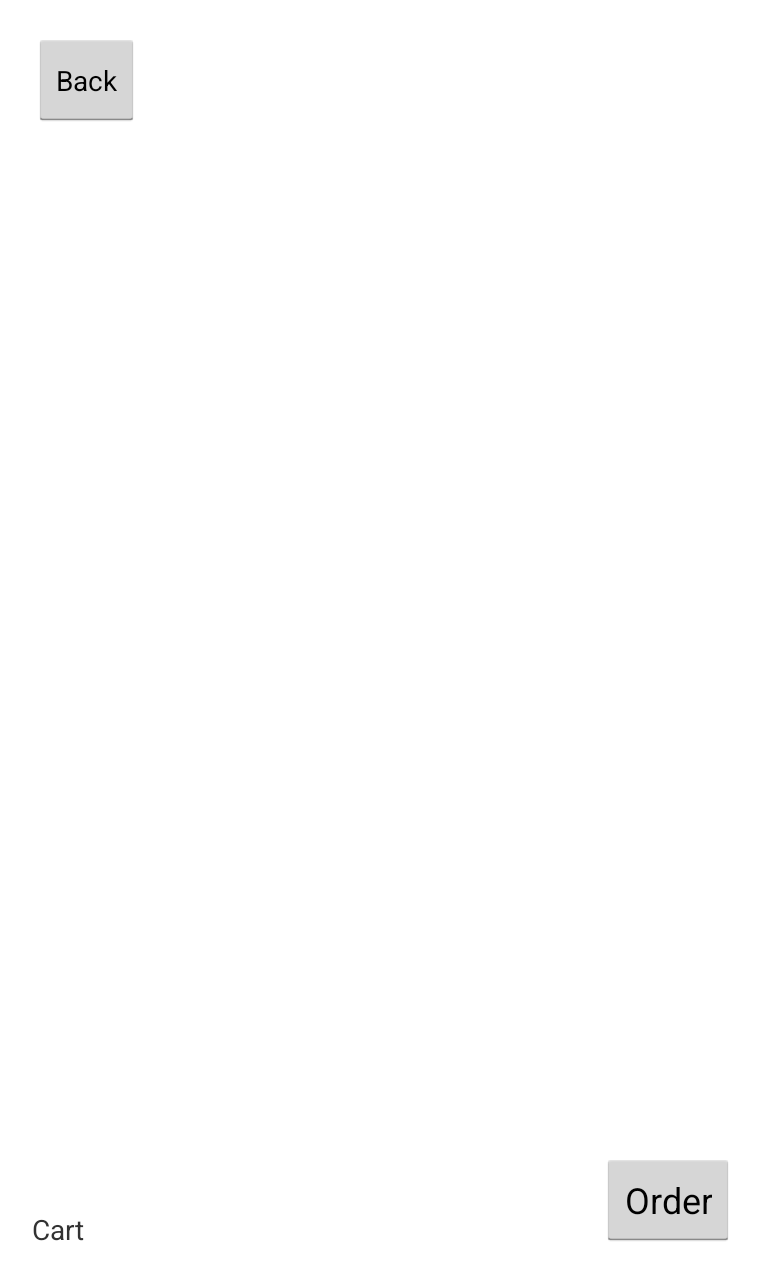
Repository: PotatoBiscuit/Thirstbuster
Layout: MobApp/workspace/DrinkAndGo/res/layout/activity_menu.xml
An editor plug-in stored every save of this project. The layout is shown before and after the next save, followed by the edit.
It is drawn on a 768 x 1280 px phone screen (xhdpi) without system bars, with theme AppTheme; the app's code is not run. The app's manifest (not shown) leaves right-to-left support off. So textAlignment, textDirection and layoutDirection are ignored, and left and right values win over start and end ones.

Above is the layout before, as saved 2016-04-18 00:33:57.

After the next save:
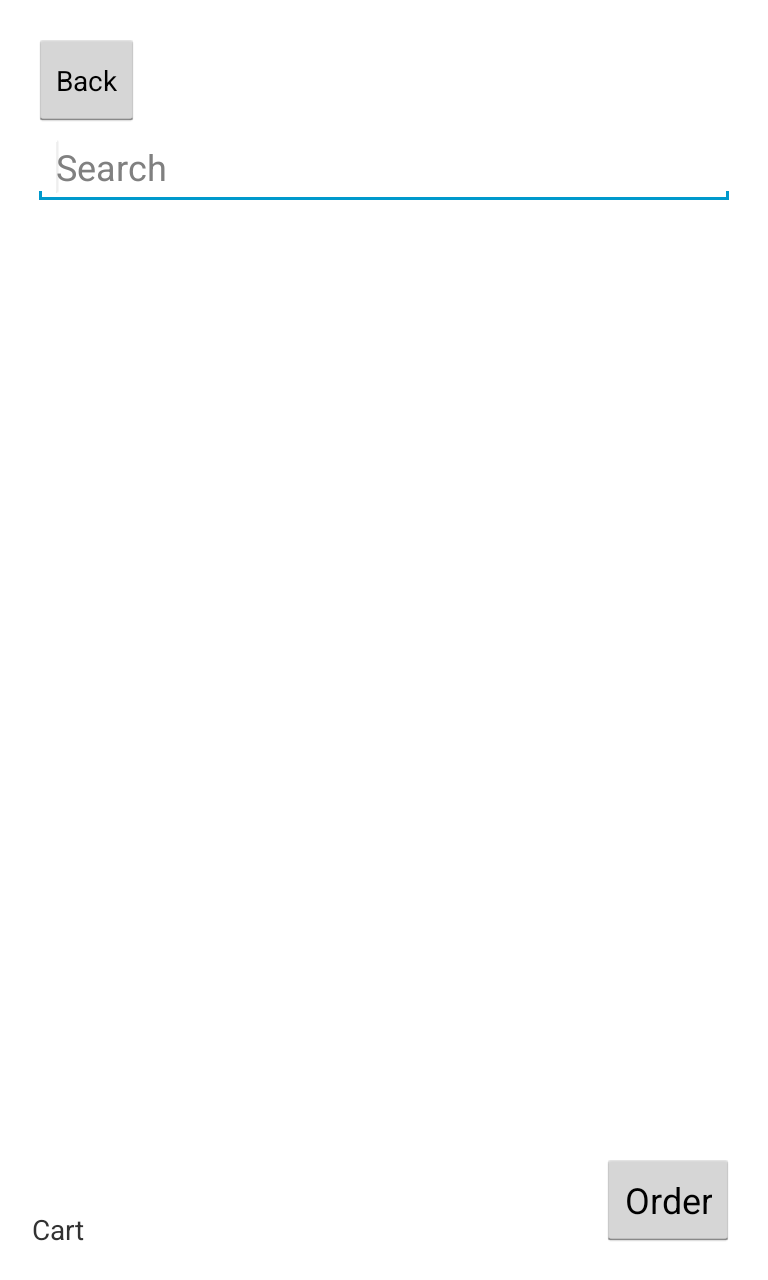
Saved 15 s later.
--- a/MobApp/workspace/DrinkAndGo/res/layout/activity_menu.xml
+++ b/MobApp/workspace/DrinkAndGo/res/layout/activity_menu.xml
@@ -38,6 +38,16 @@
                 android:text="@string/back" />
         </RelativeLayout>
 
+        <EditText
+            android:id="@+id/menu_search"
+            android:layout_width="match_parent"
+            android:layout_height="wrap_content"
+            android:ems="10"
+            android:hint="@string/search" >
+
+            <requestFocus />
+        </EditText>
+
         <ScrollView
         	android:layout_width="fill_parent"
        		android:layout_height="wrap_content">
